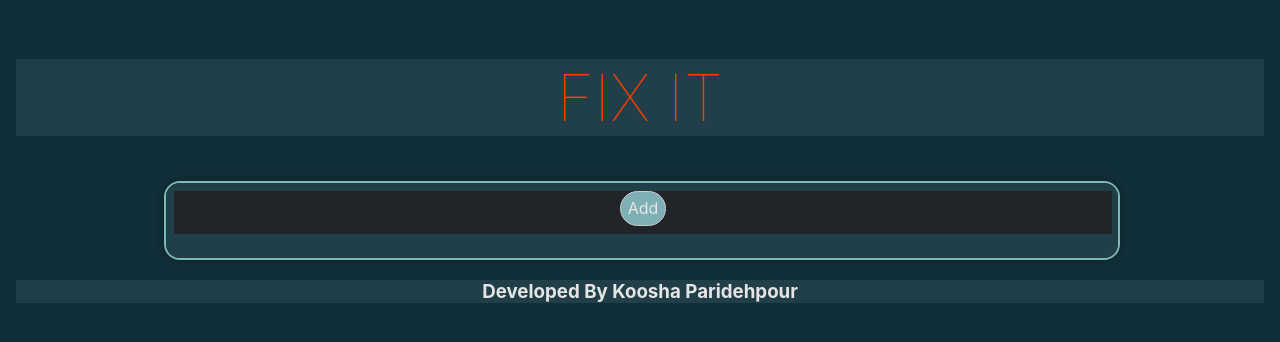
Repository: KooshaPari/fixit-go
Page: / (app in frontend/)
An editor plug-in stored every save of this project. The page is shown before and after the next save, followed by the edit.
The browser window is 1280 px wide. The pictures show the whole page.
The page's requests for data from a server got no answer. The project was rebuilt for these pictures with package versions that can differ from the ones it lists, and the page was loaded fresh each time. No one was signed in, and anything a server would have sent is missing.

Above is the page before, as saved 2024-09-24 23:26:34.

After the next save:
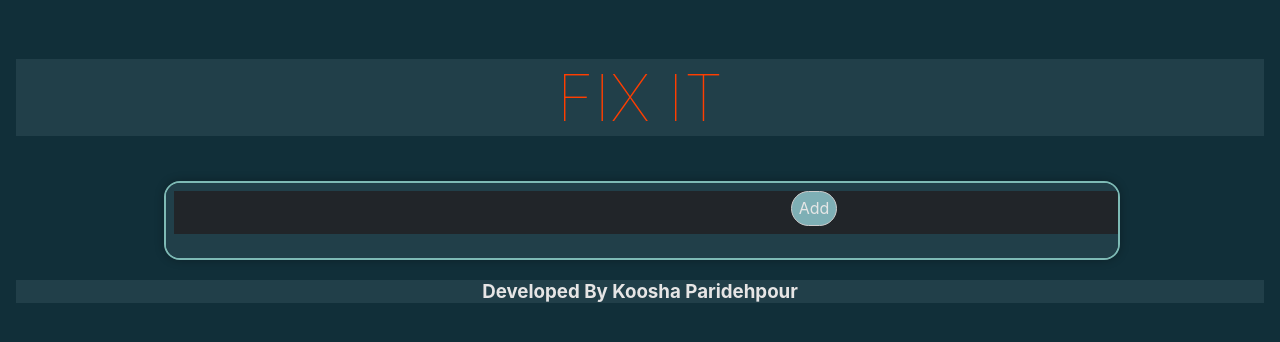
Saved 36 s later.
--- a/frontend/src/App.svelte
+++ b/frontend/src/App.svelte
@@ -148,7 +148,7 @@
 				</form>
 			</Modal>
 			<div
-				style="box-sizing: border-box; background-color:#212529;  display: block; position: sticky; top: 0; width: calc(100% + 0.125em); "
+				style="box-sizing: border-box; background-color:#212529;  display: block; position: sticky; top: 0; width: 100vw; "
 			>
 				<button
 					on:click={() => {
